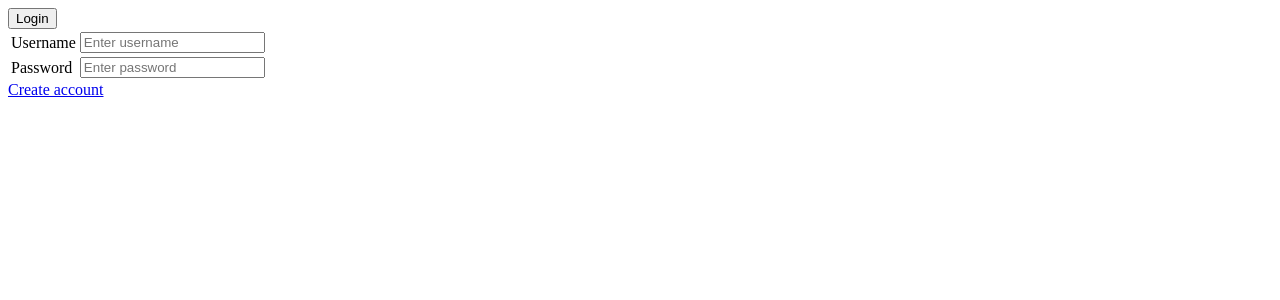
Repository: Shaft01/IS2Agency
Page: http://localhost/AgencijaWeb/login.jsp
These files come from the project's save history. The page is drawn as it stood at one moment and after the next save; the edit follows.
The browser window is 1280 px wide. The pictures show the whole page.
The page is served by Tomcat 9. Other server files are loaded and not shown.

Above is the page before, as saved 2019-06-16 09:35:55.

### IS2Projekat/AgencijaWeb/src/main/webapp/login.jsp
<%@ page language="java" contentType="text/html; charset=ISO-8859-1"
	pageEncoding="ISO-8859-1"%>
<%@ taglib prefix="c" uri="http://java.sun.com/jsp/jstl/core"%>
<%@ taglib prefix="sf" uri="http://www.springframework.org/tags/form"%>
<%@taglib prefix="s" uri="http://www.springframework.org/tags"%>

<!DOCTYPE html>
<html>
<head>
<meta charset="ISO-8859-1">
<title>Login</title>
</head>
<body>
	<c:url var="loginUrl" value="/login"/>
	<c:if test="${not empty param.error }">
		<p> Invalid username and password </p>
	</c:if>
	<form action="${loginUrl }" method="post">
	<table>
		<tr>
		<td>Username</td>
		<td><input type="text" name="username" placeholder="Enter username" required></td>
		</tr>
		<tr>
		<td>Password</td>
		<td><input type="password" name="password" placeholder="Enter password" required></td>
		</tr>

		<input type="submit" value="Login">
		</table>

		<a href="/Agencija/auth/register">Create account</a>
	</form>
</body>
</html>

After the next save:
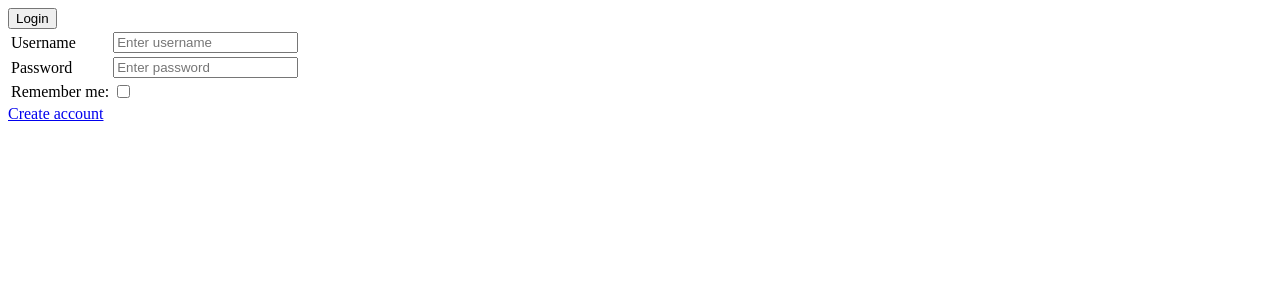
Saved 91 s later.
--- a/IS2Projekat/AgencijaWeb/src/main/webapp/login.jsp
+++ b/IS2Projekat/AgencijaWeb/src/main/webapp/login.jsp
@@ -25,7 +25,9 @@
 		<td>Password</td>
 		<td><input type="password" name="password" placeholder="Enter password" required></td>
 		</tr>
-
+		<tr>
+		<td>Remember me:</td>
+		<td><input type="checkbox" name="remember-me"></td>
 		<input type="submit" value="Login">
 		</table>
 
